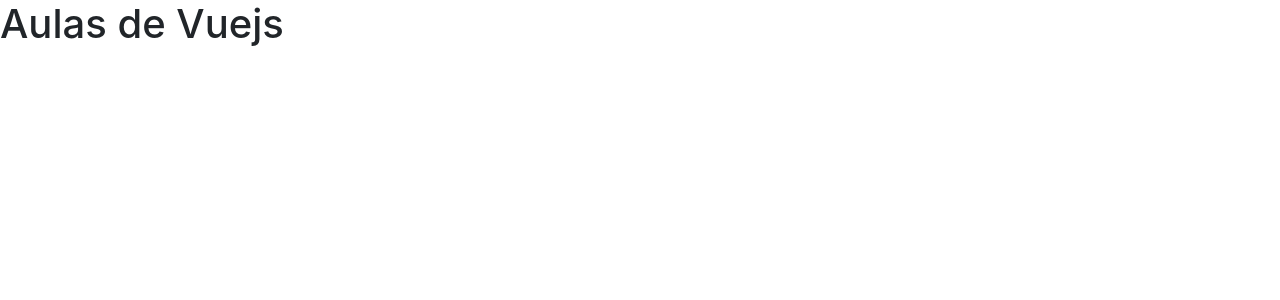
Repository: wolwerr/VueJs-Ninja
Page: Aula-12.html
These files come from the project's save history. The page is drawn as it stood at one moment and after the next save; the edit follows.
The browser window is 1280 px wide. The pictures show the whole page.

Above is the page before, as saved 2021-10-24 23:23:52.

After the next save:
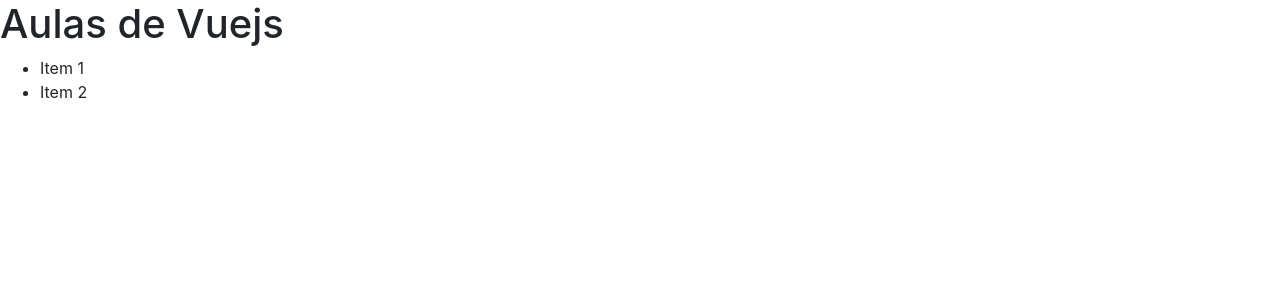
Saved 5 min 6 s later.
--- a/Aula-12.html
+++ b/Aula-12.html
@@ -11,12 +11,16 @@
 <body>
     <div id="app">
         <h1>{{ titulo }}</h1>
-        {{ nome }} <br>
+        {{ nome }}
+        <menu-bar></menu-bar>
         </div>
 
     <script src="https://unpkg.com/vue"></script>
 
     <script>
+        Vue.component('menu-bar', {
+            template:"<ul><li>Item 1</li><li>Item 2</li></ul>"
+        });
         var app = new Vue({
             el: "#app",
 
